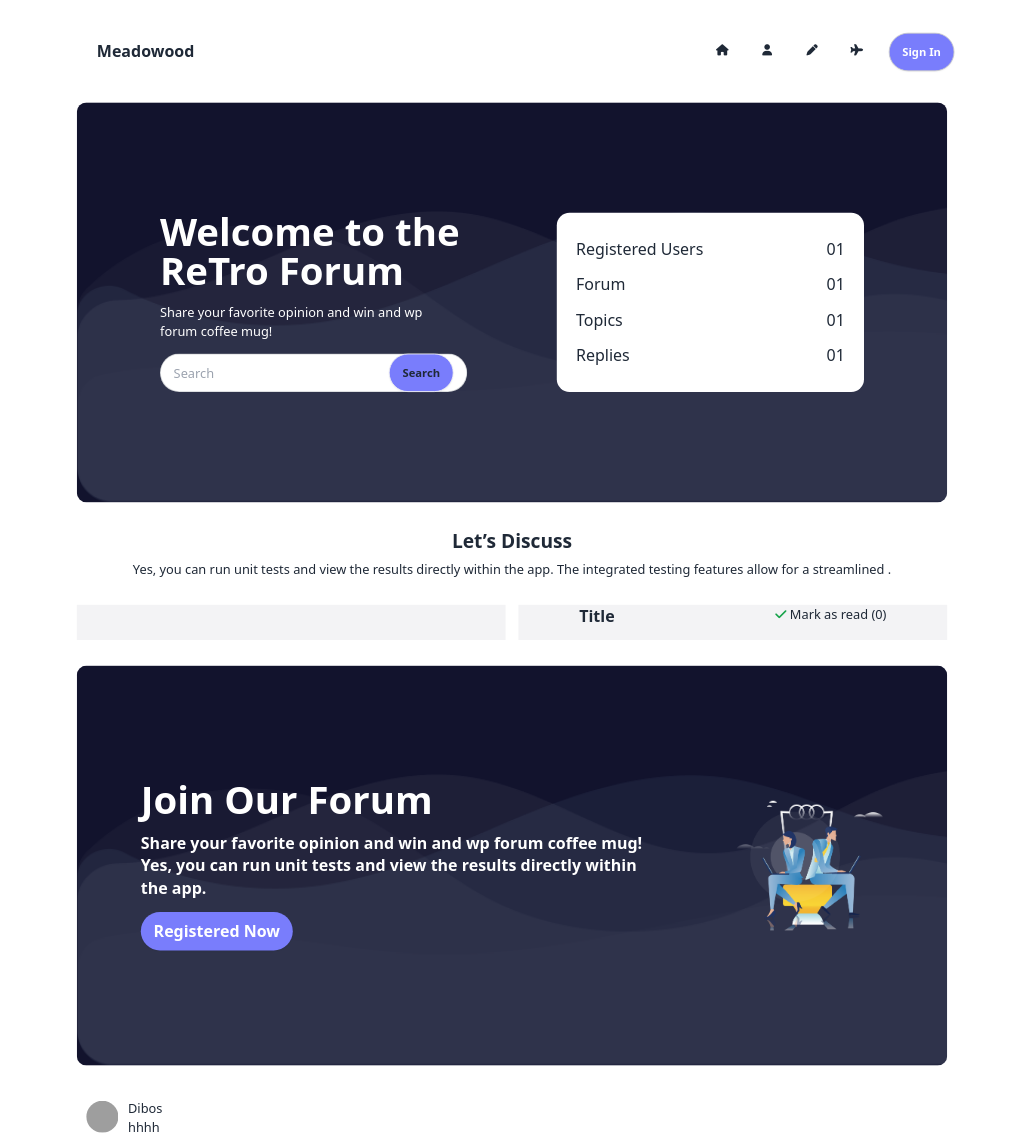
Repository: RudrasahaDibos/Meadowood-Forum
Page: index.html
These files come from the project's save history. The page is drawn as it stood at one moment and after a run of saves; the edit follows.
The browser window is 1280 px wide. The pictures show the whole page, at 80% of full size.
Pictures or frames that could not be fetched are drawn as grey boxes. The page's requests for data from a server got no answer. Some web libraries are served in a nearby version.

Above is the page before, as saved 2024-11-25 11:01:24.

After the next 4 saves:
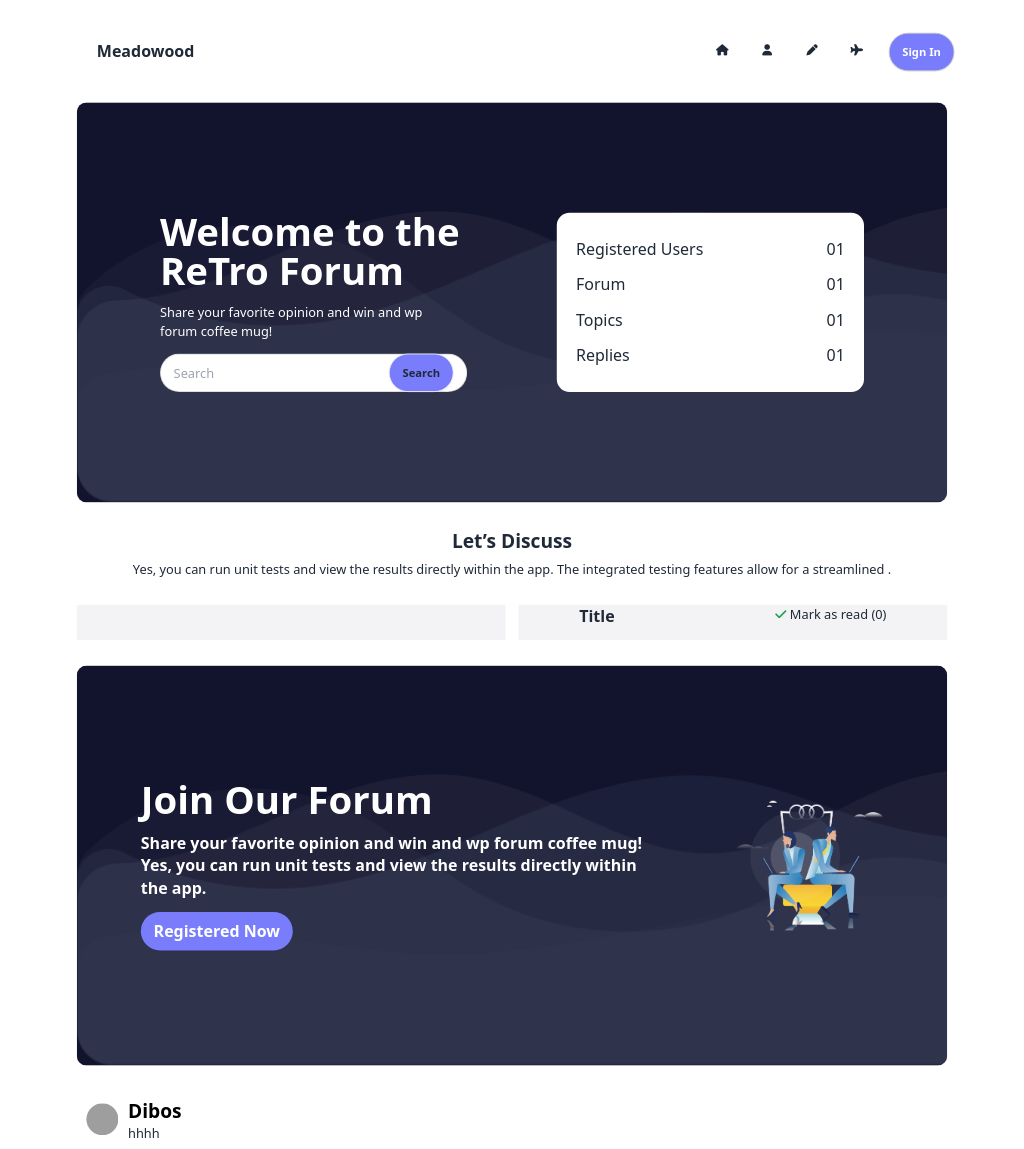
The 4 saves are shown as one change because they came seconds apart.
The last was saved 17 s later.
--- a/index.html
+++ b/index.html
@@ -226,7 +226,7 @@
                           </div>
 
                            <div class="">
-                              <h2 class="text-">Dibos</h2>
+                              <h2 class="text-2xl text-black font-bold">Dibos</h2>
                               <span>hhhh</span>
                            </div>
 
